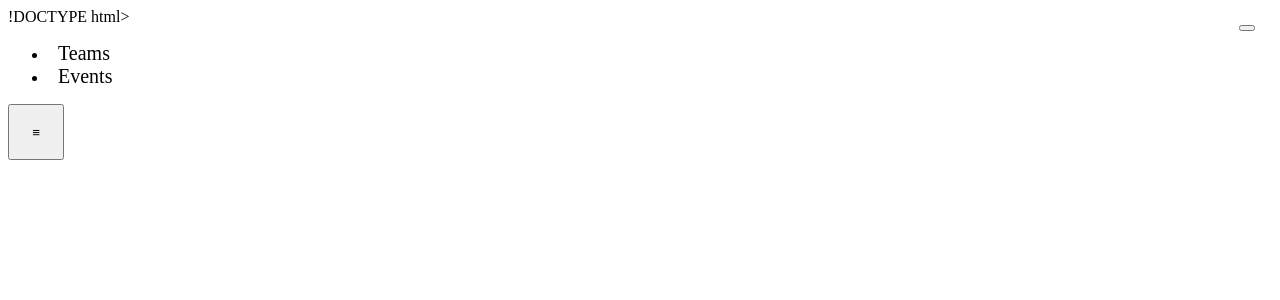
Repository: josephinel6/vexdb-js
Page: index.html
The author's editor kept a copy of each file at every save. The page is drawn from the files as they stood at one save, then again after the next save.
The browser window is 1280 px wide. The pictures show the whole page.

Above is the page before, as saved 2023-05-12 10:12:37.

After the next save:
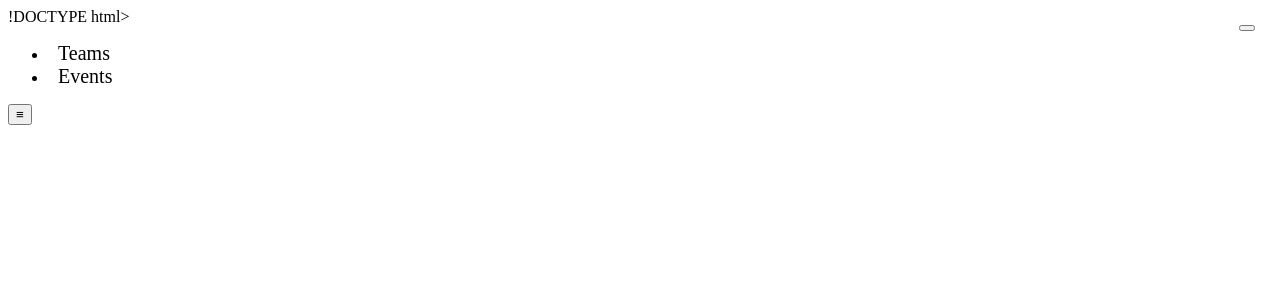
Saved 23 s later.
--- a/index.html
+++ b/index.html
@@ -46,10 +46,10 @@
             height: 8%;
         }
 
-        .navbar-toggler {
+        /* .navbar-toggler {
             height: 100%;
             aspect-ratio: 1/1;
-        }
+        } */
 
         .menu {
             display: none;
